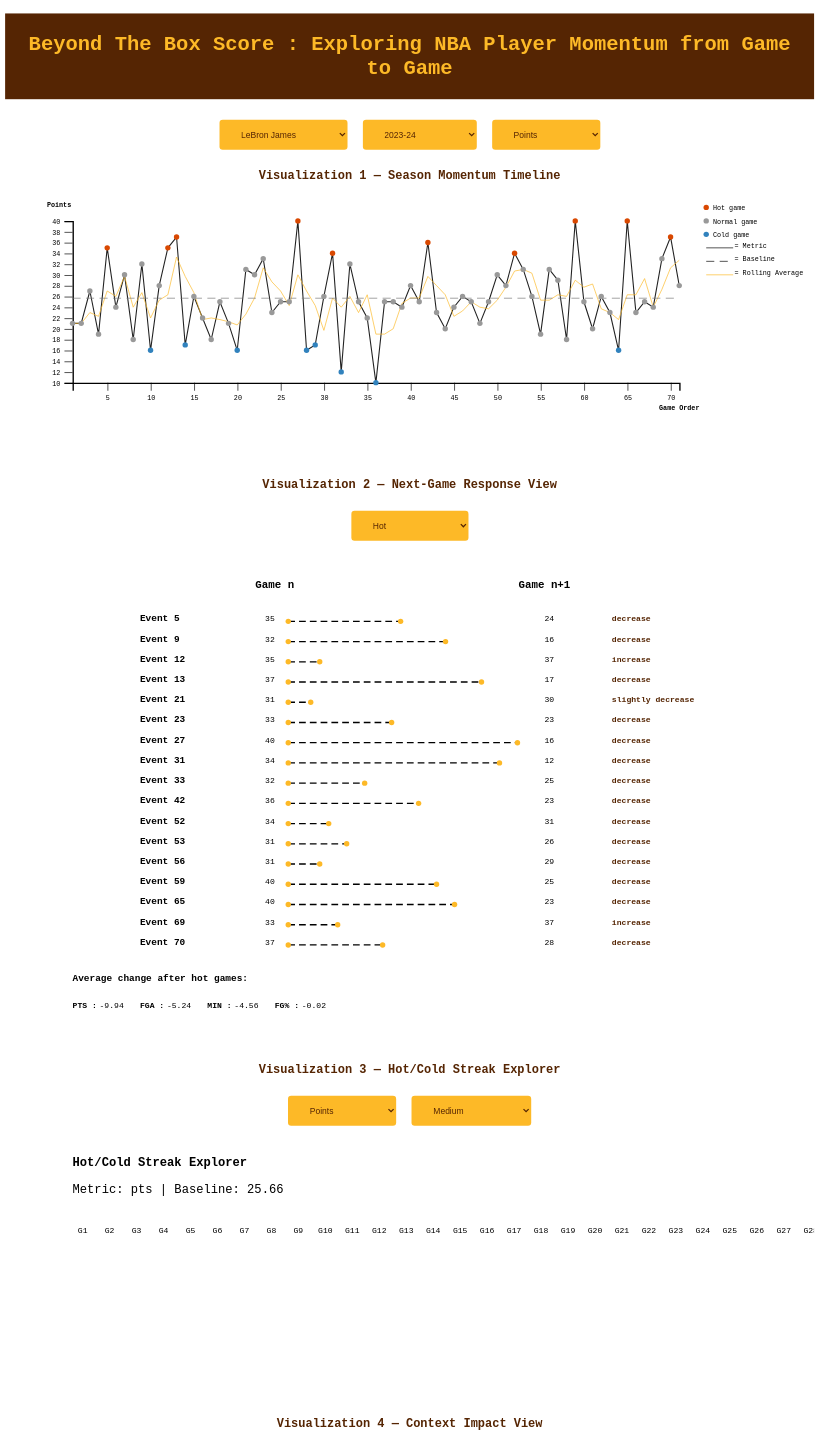
Repository: houdafatih/Data-Viz-Project
Page: index.html
These files come from the project's save history. The page is drawn as it stood at one moment and after the next save; the edit follows.
The browser window is 1280 px wide. The pictures show the whole page, at 64% of full size.

Above is the page before, as saved 2026-06-20 09:49:51.
Console error: TypeError: Cannot read properties of undefined (reading 'selectAll')

### index.html
<!DOCTYPE html>
<html>
   <head>
    <meta charset="UTF-8"/>
    <title>Beyond The Box Score</title>
    <link rel="stylesheet" href="style.css" >
  </head>
  <body>
     <h1>Beyond The Box Score : Exploring NBA Player Momentum from Game to Game</h1>

     <div class="selection">
        <select id="playerSelect">
            <option selected disabled>Select a Player</option>
        </select>

        <select id="seasonSelect">
            <option selected disabled>Select a Season</option>
        </select>

        <select id="metricSelect">
            <option selected disabled>Select a metric</option>
            <option value="pts">Points</option>
            <option value="fga">FGA</option>
            <option value="min">Minutes</option>
            <option value="fg_pct">FG%</option>
            <option value="plus_minus">Plus/Minus</option>
        </select>
     </div>

     <h3>Visualization 1 — Season Momentum Timeline</h3>
     <div id="vizual1"></div>

     <h3>Visualization 2 — Next-Game Response View</h3>
     <div class="selection">
        <select id="performanceSelect">
            <option selected disabled>Select event type</option>
            <option value="all">All</option>
            <option value="hot">Hot</option>
            <option value="cold">Cold</option>
            <option value="normal">Normal</option>
        </select>
     </div>
     <div id="vizual2"></div>

     <h3>Visualization 3 — Hot/Cold Streak Explorer</h3>
     <div class="selection">
        <select id="metricSelectV3">
            <option selected disabled>Select a metric</option>
            <option value="pts">Points</option>
            <option value="fga">FGA</option>
            <option value="min">Minutes</option>
            <option value="fg_pct">FG%</option>
            <option value="plus_minus">Plus/Minus</option>
        </select>
        <select id="thresholdSelect">
        <option selected disabled>Select a threshold</option>
            <option value="loose">Loose</option>
            <option value="medium">Medium</option>
            <option value="strict">Strict</option>
        </select>
     </div>
     <div id="vizual3"></div>


     <h3>Visualization 4 — Context Impact View</h3>
     <div id="vizual4"></div>

  </body>
  <script src="https://d3js.org/d3.v7.min.js"></script>
  <script type="module" src="index.js"></script>
</html>

### style.css
body{
    padding: 0px;
}
h1{
  text-align: center;
  font-size: 2rem;
  font-family: "Courier New", Courier, monospace;
  color : #fdb927;
  background-color: #552503;
  padding: 30px;

}
.selection{
    text-align: center;
}
select{
    margin: 10px;
    padding: 15px 30px;
    border-radius: 5px;
    border: none;
    background: #fdb927;
    color:#552503;

}
select option:hover{
    background-color: #fdb927;
}



h3{
    color: #552503;
    font-family: "Courier New", Courier, monospace;
    text-align: center;
}
.tick{
    font-size: 5px;
}
line{
    stroke-width: 0.5px;
}
.label{
    color: #552503;
    font-family: "Courier New", Courier, monospace;
    font-weight: bold;
}

.tooltip{
    position: fixed;
    background: wheat;
    border: 1px solid #ccc;
    padding: 10px;
    font-size: 15px;
    opacity: 0;
    pointer-events: none;

}
text{
    font-family: "Courier New", Courier, monospace;
}
.tooltip2{
    position: fixed;
    background: #fdb927;
    border: 1px solid #ccc;
    padding: 10px;
    font-size: 15px;
    visibility: hidden;
    pointer-events: none;
}
.line2{
    stroke-width: 1px;
}

### index.js
import {playersData,seasonData} from "./scripts/utils.js";
import { drawVisualization1 } from "./scripts/visualization1.js";
import { drawVisualization2 } from "./scripts/visualization2.js";
import { drawVisualization3 } from "./scripts/visualization3.js";

d3.csv("data/nba.csv").then(function(data){

   data.forEach(element => {
        element.player_id = +element.player_id
        element.game_index = +element.game_index
        element.pts = +element.pts
        element.fga = +element.fga
        element.min = +element.min
        element.fg_pct = +element.fg_pct
        element.plus_minus = +element.plus_minus
        element.next_pts = +element.next_pts
        element.next_fga = +element.next_fga
        element.next_min = +element.next_min
        element.next_fg_pct = +element.next_fg_pct
        element.rolling_pts_avg_3 = +element.rolling_pts_avg_3
        element.baseline_pts = +element.baseline_pts
        element.pts_diff_from_baseline = +element.pts_diff_from_baseline
        element.streak_length = +element.streak_length
   });

   playersData(data)
   seasonData(data)

   const nba_data = data

   d3.select("#playerSelect").property("value",nba_data[0].player_name)

   d3.select("#seasonSelect").property("value",nba_data[0].season_year)

   d3.select("#metricSelect").property("value","pts")

   d3.select("#performanceSelect").property("value","hot")

   d3.select("#metricSelectV3").property("value","pts")

   d3.select("#thresholdSelect").property("value","medium")

   updateVisualizations(nba_data)


   d3.select("#playerSelect").on("change",() => updateVisualizations(nba_data))
   d3.select("#seasonSelect").on("change",() => updateVisualizations(nba_data))
   d3.select("#metricSelect").on("change",() => updateVisualizations(nba_data))
   d3.select("#performanceSelect").on("change",() => updateVisualizations(nba_data))
   d3.select("#metricSelectV3").on("change",() => updateVisualizations(nba_data))
   d3.select("#thresholdSelect").on("change",() => updateVisualizations(nba_data))

})

function updateVisualizations(nba_data){
    const player = d3.select("#playerSelect").property("value")
    const season = d3.select("#seasonSelect").property("value")
    const metric = d3.select("#metricSelect").property("value")

    const eventT = d3.select("#performanceSelect").property("value")

    const metricv3 = d3.select("#metricSelectV3").property("value")
    const threshold =d3.select("#thresholdSelect").property("value")

    if(player === "Select a Player" || season === "Select a Season" || metric === "Select a metric"){
        return
    }

    let data_filter = nba_data.filter(d => d.player_name === player && d.season_year == season)
    drawVisualization1(data_filter,"#vizual1",metric)

    if(eventT === "Select event type"){
        return
    }
    drawVisualization2(data_filter,"#vizual2",metric,eventT)

    if(metricv3 === "Select a metric" || threshold === "Select a threshold"){
        return
    }
    drawVisualization3(data_filter,"#vizual3",metricv3,threshold)
}

### scripts/utils.js
export function playersData(data){
    const players_list = [...new Set(data.map(dt => dt.player_name))]

    d3.select("#playerSelect").selectAll(".players-options").data(players_list)
    .enter().append("option").attr("class","players-options").attr("value",dt=>dt).text(dt => dt)
}

export function seasonData(data){
    const seasons_list = [...new Set(data.map(dt => dt.season_year))]
    d3.select("#seasonSelect").selectAll(".seasons-options").data(seasons_list)
    .enter().append("option").attr("class","seasons-options").attr("value",dt=>dt).text(dt => dt)
}

### scripts/visualization1.js
export function drawVisualization1(data,id,metric){
     if(data.length === 0) {
        clearCanvas(id)
        return
    }
     const canvas = createCanvas()

     clearCanvas(id)

     const svg = addSvg(id,canvas)
     const sc = addScales(data,canvas,metric)

     addAxes(svg,sc,canvas)
     addMetricLine(svg,sc,data,metric)
     addAverageLine(svg,sc,data,metric)
     addBaselineLine(svg,sc,data,metric)
     addPoints(svg,sc,data,metric)
     addLabels(svg,canvas,metric)

     addLegends(svg,canvas)
}

function createCanvas(){
    return{
        width : 600, height: 200, margin:{top: 20,right:100, bottom:60, left:50}
    }
}

function clearCanvas(id){
    d3.select(id).html("")
}

function addSvg(id,canvas){
    return d3.select(id).append("svg").attr("viewBox",`0 0 ${canvas.width} ${canvas.height}`)
}

function addScales(data,canvas,metric){
    const xScale =
    d3.scaleLinear().domain(d3.extent(data,dt => dt.game_index))
    .range([canvas.margin.left,canvas.width - canvas.margin.right])

    const yScale =
      d3.scaleLinear().domain([d3.min(data,d => d[metric]),d3.max(data,d => d[metric])])
      .nice().range([canvas.height - canvas.margin.bottom,canvas.margin.top])

    return {xScale,yScale}
}

function addAxes(svg, scales, canvas){
    svg.append("g").attr("transform",`translate(0, ${canvas.height - canvas.margin.bottom})`)
    .call(d3.axisBottom(scales.xScale))

    svg.append("g").attr("transform",`translate(${canvas.margin.left},0)`)
    .call(d3.axisLeft(scales.yScale))
}

function addMetricLine(svg,scales,data,metric){
    let line = d3.line().x(d => scales.xScale(d.game_index)).y(d => scales.yScale(d[metric]))

    svg.append("path").datum(data).attr("fill","none").attr("stroke","#222")
     .attr("stroke-width",0.8).attr("d",line)
}

function addAverageLine(svg,scales,data,metric){
    if(metric != "pts") return
    let avg_line = d3.line().x(d => scales.xScale(d.game_index)).y(d => scales.yScale(d.rolling_pts_avg_3))

    svg.append("path").datum(data).attr("fill","none").attr("stroke","#fdb927")
     .attr("stroke-width",0.5).attr("d",avg_line)
}

function addBaselineLine(svg,scales,data,metric){

    let base_line = d3.mean(data,d => d[metric])


    svg.append("line")
    .attr("x1",scales.xScale(d3.min(data,dt => dt.game_index))).attr("x2",scales.xScale(d3.max(data,dt => dt.game_index)))
    .attr("y1",scales.yScale(base_line)).attr("y2",scales.yScale(base_line))
    .attr("stroke","#777").attr("stroke-dasharray","6 4")
}

function addPoints(svg,scales,data,metric){
    const tooltip = toolTip()

    svg.selectAll("circle").data(data).enter()
     .append("circle").attr("class","game-pt")
     .attr("cx", d => scales.xScale(d.game_index))
     .attr("cy",d => scales.yScale(d[metric]))
     .attr("r",2).attr("fill",d => colorPoint(d.performance_label))
     .on("mouseover",function(event,d){
        d3.select(this).attr("r",3)
        tooltip.style("opacity",1).html(tooltipInformations(d))
     })
     .on("mousemove",function(event){
        tooltip.style("left",event.clientX+15+"px")
          .style("top",event.clientY-20+"px")
     })
     .on("mouseout",function(){
        d3.select(this)
        .attr("r",2)
        tooltip.style("opacity",0)
     })
     //.on("click",function(event,d){
       // highlightGameandNextGame(svg,data,d)
    // })



}

function colorPoint(perf){
    if(perf === "hot") return "#d94801"
    if(perf === "cold") return "#3182bd"
    return "#999"
}

function addLabels(svg,canvas,metric){
    svg.append("text").attr("class","label")
    .attr("x",canvas.width - 100).attr("y",canvas.height-40)
    .attr("text-anchor","middle").attr("font-size","5px")
    .text("Game Order")

    svg.append("text").attr("class","label")
    .attr("x",40).attr("y",10)
    .attr("text-anchor","middle").attr("font-size","5px")
    .text(metricName(metric))
}

function metricName(metric){
    if(metric === "pts") return "Points"
    if(metric === "fga") return "Field Goal Attempts"
    if(metric === "min") return "Minutes"
    if(metric === "fg_pct") return "Field Goal Percentage"
    if(metric === "plus_minus") return "Plus / Minus"
}

function addLegends(svg,canvas){
    const lg = svg.append("g").attr("transform",
        `translate(${canvas.width - canvas.margin.right+20},${canvas.margin.top-10})`)


    lg.append("circle").attr("cx",0).attr("cy",0).attr("r",2).attr("fill","#d94801")
    lg.append("text").attr("x",5).attr("y",2).text("Hot game").attr("font-size","5px")

    lg.append("circle").attr("cx",0).attr("cy",10).attr("r",2).attr("fill","#999")
    lg.append("text").attr("x",5).attr("y",12).text("Normal game").attr("font-size","5px")

    lg.append("circle").attr("cx",0).attr("cy",20).attr("r",2).attr("fill","#3182bd")
    lg.append("text").attr("x",5).attr("y",22).text("Cold game").attr("font-size","5px")


    lg.append("line").attr("x1",0).attr("x2",20).attr("y1",30).attr("y2",30)
    .attr("stroke","black").attr("stroke-width",2)
    lg.append("text").attr("x",21).attr("y",30).text(" = Metric").attr("font-size","5px")

    lg.append("line").attr("x1",0).attr("x2",20).attr("y1",40).attr("y2",40)
    .attr("stroke","black").attr("stroke-dasharray","6 4")
    lg.append("text").attr("x",21).attr("y",40).text(" = Baseline").attr("font-size","5px")

    lg.append("line").attr("x1",0).attr("x2",20).attr("y1",50).attr("y2",50)
    .attr("stroke-width",2).attr("stroke","#fdb927")
    lg.append("text").attr("x",21).attr("y",50).text(" = Rolling Average").attr("font-size","5px")
}

function toolTip(){
    let tooltip = d3.select("body").select(".tooltip")
    if(tooltip.empty()){
        tooltip = d3.select("body").append("div").attr("class","tooltip")
    }

    return tooltip
}

function tooltipInformations(data){
    return `<strong> Game ${data.game_index} </strong><br>
            Date : ${data.game_date}<br>
            Home/Away : ${data.home_away}<br>
            Points : ${data.pts}<br>
            Minutes : ${data.min}<br>
            FGA : ${data.fga}<br>
            Next Game Points : ${data.next_pts}<br>`
}

function highlightGameandNextGame(svg,data,selected){
    const nextG = data.find(d => d.game_index === selected.game_index + 1)

    svg.selectAll(".game-point").attr("r",8).attr("stroke","none").attr("opacity",0.4)

    svg.selectAll(".game-point").filter(d => d.game_index === selected.game_index)
    .attr("stroke","black").attr("stroke-width",3).attr("r",5).attr("opacity",1)

    if(nextG){
        svg.selectAll(".game-point").filter(d => d.game_index === nextG.game_index)
       .attr("stroke","#3182bd").attr("stroke-width",3).attr("r",8).attr("opacity",1)
    }
}

### scripts/visualization2.js
export function drawVisualization2(data,id,metric,eventT){
    if(data.length === 0) {
        clearCanvas(id)
        return
    }


     let new_data = createData(data,metric)

     if(eventT !== "all"){
        new_data = new_data.filter(d => performance_filter(d.current_g,data,metric) === eventT)
     }

     const canvas = createCanvas(new_data)

     clearCanvas(id)

     const svg = addSvg(id,canvas)

     draw_Header(svg,200,400)
     draw_Rows(svg,new_data,200,400,canvas.margin,15)
     addSummaryCard(svg,new_data,eventT,canvas)

}
function createCanvas(new_data){
    return{
        width : 600, height: 100 + new_data.length *16 , margin:{top: 20,right:100, bottom:60, left:50}
    }
}

function clearCanvas(id){
    d3.select(id).html("")
}

function addSvg(id,canvas){
    return d3.select(id).append("svg").attr("viewBox",`0 0 ${canvas.width} ${canvas.height}`)
}

function createData(data,metric){
   const new_data = data.slice().sort((a,b) => a.game_index - b.game_index)

   return new_data.slice(0,-1).map((d,j) => {
      const nextG = new_data[j+1]

      return {
        eventN: j+1,
        game_idx : d.game_index,
        nextg_index : nextG.game_index,
        current_v: d[metric],
        next_v : nextG[metric],
        difference : nextG[metric] - d[metric],
        current_g : d,
        next_g : nextG
      }
   })
}

function draw_Header(svg,left,right){
    svg.append("text").attr("x",left).attr("y",30)
    .attr("text-anchor","middle").attr("font-weight","bold").attr("font-size","8px").text("Game n")

    svg.append("text").attr("x",right).attr("y",30)
    .attr("text-anchor","middle").attr("font-weight","bold").attr("font-size","8px").text("Game n+1")

}

function draw_Rows(svg,new_data,left,right,margin,r_height){
    const tooltip = toolTip2(new_data)

    const rows = svg.selectAll(".response-row").data(new_data).enter()
     .append("g").attr("class","response-row")
     .attr("transform",(d,j) => `translate(0,${margin.top+j*r_height})`)

    rows.append("text").attr("x",100).attr("y",35).text(d =>`Event ${d.eventN}` )
     .attr("font-size","7px").attr("font-weight","bold")
    rows.append("text").attr("x",left).attr("y",35).attr("text-anchor","end").text(d => d.current_v).attr("font-size","6px")

    const line_scale = d3.scaleLinear().domain([0,d3.max(new_data, d => Math.abs(d.difference))]).range([20,180])

    rows.append("line").attr("x1",left+10).attr("class","line2")
    .attr("x2",d => { const l= line_scale(Math.abs(d.difference))
        return left+l

    })
    .attr("y1",35).attr("y2",35).attr("stroke","black").attr("stroke-dasharray","5 3")
    .on("mouseover",function(event,d){
        tooltip.style("visibility","visible").html(tooltipInformations2(d))
     })
     .on("mousemove",function(event){
        tooltip.style("left",event.clientX+15+"px")
          .style("top",event.clientY-20+"px")
     })
     .on("mouseout",function(){
        tooltip.style("visibility","hidden")
     })

    rows.append("circle").attr("cx",left+10).attr("cy",35).attr("r",2).attr("fill","#fdb927")
    rows.append("circle").attr("cx",d => { const l= line_scale(Math.abs(d.difference))
        return left+l

    }).attr("cy",35).attr("r",2).attr("fill","#fdb927")

    rows.append("text").attr("x",right).attr("y",35).text(d => d.next_v).attr("font-size","6px")

    rows.append("text").attr("x",right+50).attr("y",35).text(d => difference_label(d.difference))
    .attr("font-size","6px").attr("fill","#552503").attr("font-weight","bold")

}

function difference_label(diff){
    if(diff > 1) return "increase"
    if(diff < -1) return "decrease"
    if(diff < 0) return "slightly decrease"
    if(diff > 0) return "slightly increase"
    return "stable"
}

function performance_filter(d,data,metric){
   const bLine = d3.mean(data,dt => dt[metric])
   const th = Math.abs(bLine) * 0.2
   const dv = d[metric] - bLine

   if(dv > th) return "hot"
   if(dv < -th) return "cold"
   return "normal"
}

function addSummaryCard(svg,new_data,eventT,canvas){

    svg.append("text").attr("x",50).attr("y",canvas.height-50)
    .attr("font-weight","bold").text(`Average change after ${eventT} games:`).attr("font-size","7px")

    const metrics_change = new_data.map(d => {
        const pts = d.current_g["next_pts"] - d.current_g["pts"]
        const fga = d.current_g["next_fga"] - d.current_g["fga"]
        const min = d.current_g["next_min"] - d.current_g["min"]
        const fg_pct = d.current_g["next_fg_pct"] - d.current_g["fg_pct"]

        return {"pts":pts,"fga":fga,"min":min,"fg_pct":fg_pct}
    })

    const means = [
        {"avg":d3.mean(metrics_change,d => d.pts),"name":"PTS"},
        {"avg":d3.mean(metrics_change,d => d.fga),"name":"FGA"},
        {"avg":d3.mean(metrics_change,d => d.min),"name":"MIN"},
        {"avg":d3.mean(metrics_change,d => d.fg_pct),"name":"FG%"}
    ]

    means.forEach((element,i) => {
        let position = canvas.margin.left+i*50
        svg.append("text").attr("x",position).attr("y",canvas.height-30)
        .attr("font-size","6px").attr("font-weight","bold")
        .text(`${element.name} : `)
        svg.append("text").attr("x",position+20).attr("y",canvas.height-30)
        .attr("font-size","6px")
        .text(`${element.avg.toFixed(2)}`)

    });

}

function toolTip2(){
    let tooltip = d3.select("body").select(".tooltip2")
    if(tooltip.empty()){
        tooltip = d3.select("body").append("div").attr("class","tooltip2")
    }

    return tooltip
}

function tooltipInformations2(data){
    console.log(data)
    return `<strong> Game n - Date: ${data.current_g["game_date"]} </strong><br>
            <strong> Game n - Opponent: ${data.current_g["opponent"]} </strong><br>
            <strong> Game n - Points: ${data.current_g["pts"]} </strong><br>
            <strong> Game n+1 - Date: ${data.next_g["game_date"]} </strong><br>
            <strong> Game n+1 - Opponent: ${data.next_g["opponent"]} </strong><br>
            <strong> Game n+1 - Points: ${data.next_g["pts"]} </strong><br>
    `
}

### scripts/visualization3.js
export function drawVisualization3(data,id,metric,threshold){
     if(data.length === 0) {
        clearCanvas(id)
        return
    }
     const canvas = createCanvas()

     clearCanvas(id)

     const svg = addSvg(id,canvas)

     const baseline_classif = calculateBaselineAndClassifyGames(data,metric)
     const scale = colorScale()

     addTitle(svg,canvas,baseline_classif.baseline,metric)

     addLablels(svg,baseline_classif.classification,canvas)

     addCells(scale,baseline_classif.classification,canvas,scale)


}

function createCanvas(){
    return{
        width : 600, height: 200, margin:{top: 20,right:100, bottom:60, left:50}
    }
}

function clearCanvas(id){
    d3.select(id).html("")
}

function addSvg(id,canvas){
    return d3.select(id).append("svg").attr("viewBox",`0 0 ${canvas.width} ${canvas.height}`)
}

function calculateBaselineAndClassifyGames(data,metric)
{
  const baseline = d3.mean(data,dt=> dt[metric])

  const classification = data.map((d,j)=> {
    let perf_label = ""
    if(d[metric] > baseline + 5){
        perf_label = "hot"
    }else if(d[metric] < baseline - 5){
        perf_label = "cold"
    }
    else perf_label = "normal"

    return {
        ...d,
        g_num : j+1,
        perf_label:perf_label,
        difference : d[metric] - baseline
    }
  })

    return{
        baseline : baseline,
        classification : classification
    }
}

function colorScale(){
    const color_sc = d3.scaleOrdinal()
    .domain(["hot","normal","cold"])
    .range(["#d73027","#fff","#4575b4"])
}

function addTitle(svg,canvas,baseline,metric){
    svg.append("text").attr("x",canvas.margin.left).attr("y",25).attr("font-size","9px")
    .attr("font-weight","bold").text("Hot/Cold Streak Explorer")

    svg.append("text").attr("x",canvas.margin.left).attr("y",45).attr("font-size","9px")
    .text(`Metric: ${metric} | Baseline: ${baseline.toFixed(2)}`)
}

function addLablels(svg, classification,canvas){
    svg.selectAll(".game-label").data(classification).enter().append("text").attr("class","game-label")
    .attr("x",(d,j) => canvas.margin.left + j * 20 + 15 /2).attr("y",75).attr("text-anchor","middle")
    .attr("font-size","6px").text(d => `G${d.g_num}`)
}

function addCells(svg, classification,canvas,scale){
    svg.selectAll(".game-cell").data(classification).enter().append("rect").attr("class","game-cell")
    .attr("x",(d,j) => canvas.margin.left + j * 20).attr("y",85).attr("width",15).attr("height",15)
    .attr("fill",d => scale(d.perf_label)).attr("stroke","#222").attr("stroke-width",1)
}

After the next save:
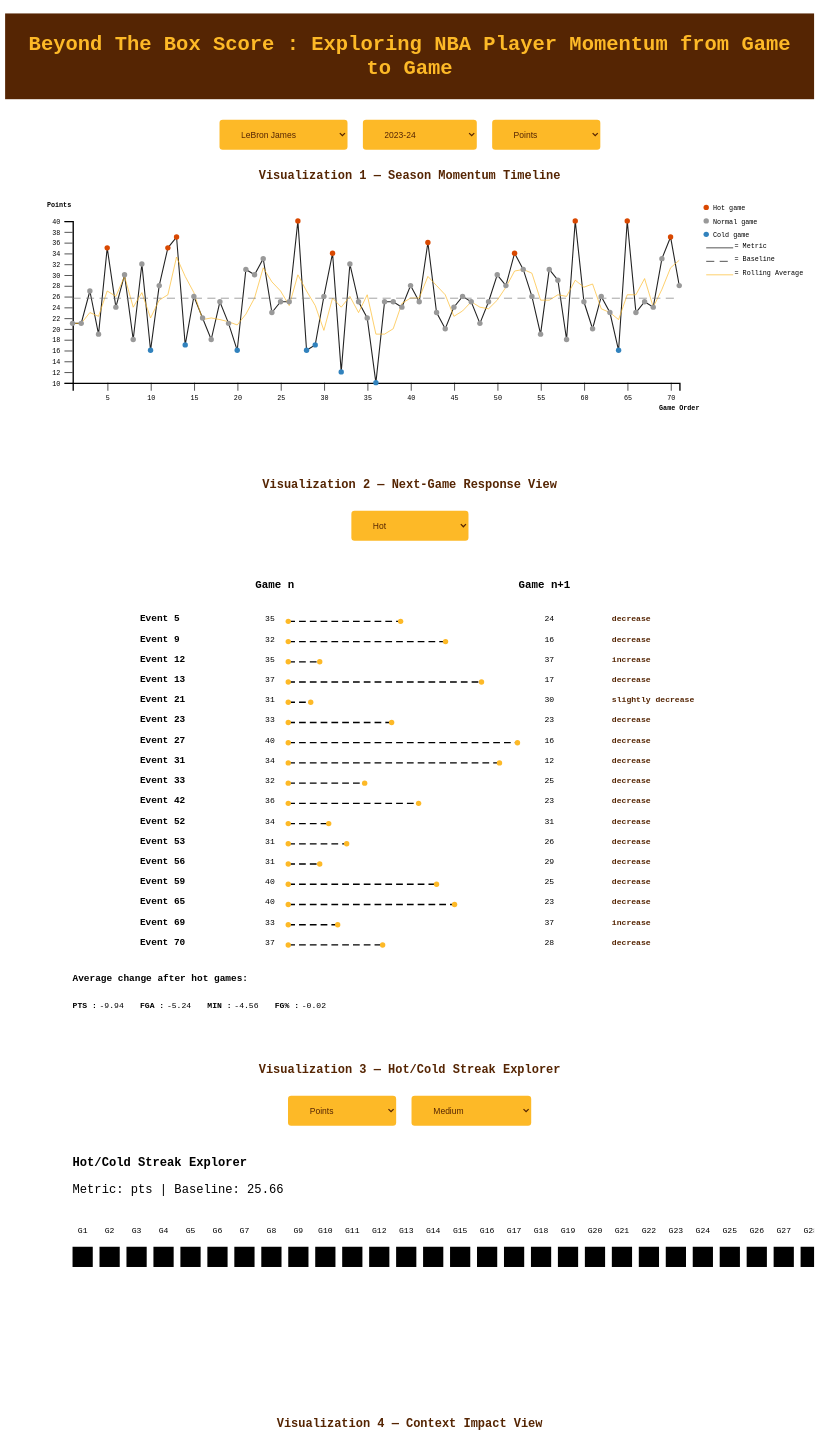
Console error: TypeError: scale is not a function
Saved 16 h 40 min later.
--- a/scripts/visualization3.js
+++ b/scripts/visualization3.js
@@ -16,7 +16,7 @@
 
      addLablels(svg,baseline_classif.classification,canvas)
 
-     addCells(scale,baseline_classif.classification,canvas,scale)
+     addCells(svg,baseline_classif.classification,canvas,scale)
 
 
 }
